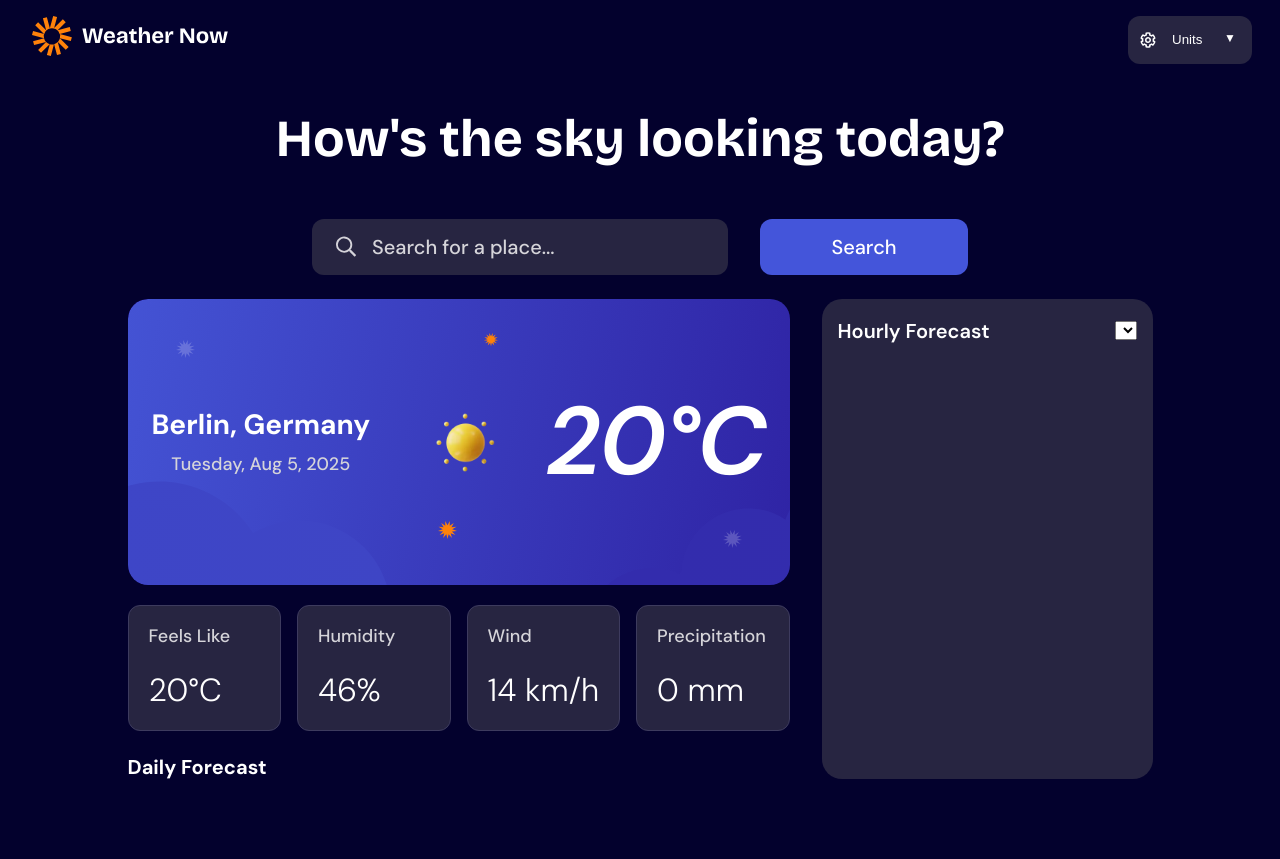
Repository: MKwaak/weather-app-main
Page: index.html
These files come from the project's save history. The page is drawn as it stood at one moment and after the next save; the edit follows.
The browser window is 1280 px wide. The pictures show the whole page.
The page's requests for data from a server got no answer.

Above is the page before, as saved 2026-01-26 23:26:23.

### index.html
<!doctype html>
<html lang="en">
  <head>
    <meta charset="UTF-8" />
    <meta name="viewport" content="width=device-width, initial-scale=1.0" />
    <!-- displays site properly based on user's device -->

    <link
      rel="icon"
      type="image/png"
      sizes="32x32"
      href="/assets/images/favicon-32x32.png"
    />

    <title>Frontend Mentor | Weather app</title>
    <link rel="stylesheet" href="/style.css" />
    <script src="/script.js" defer></script>

    <!-- Feel free to remove these styles or customise in your own stylesheet 👍 -->
    <style>
      .attribution {
        font-size: 11px;
        text-align: center;
      }
      .attribution a {
        color: hsl(228, 45%, 44%);
      }
    </style>
  </head>
  <body>
    <a href="#main" class="skip-link visually-hidden">skip to main content</a>

    <header class="header wrapper">
      <div class="header__content">
        <a class="header__homelink" href="/">
          <img
            class="header__logo"
            src="/assets/images/logo.svg"
            alt="Weather Now Home"
            width="197"
            height="40"
          />
        </a>

        <div class="header__units">
          <label for="ddlUnits" class="visually-hidden"
            >Temperature units</label
          >

          <div class="header__select">
            <select class="header__dropdown" name="units" id="ddlUnits">
              <option value="">Units</option>
              <option value="C">Celsius</option>
              <option value="F">Fahrenheit</option>
            </select>
          </div>
        </div>
      </div>
    </header>

    <main id="main" class="main wrapper">
      <section class="hero">
        <div class="hero__content">
          <h1 class="hero__title">How's the sky looking today?</h1>

          <form class="hero__search">
            <label for="search" class="visually-hidden">Search Location</label>
            <input
              type="text"
              id="search"
              class="hero__textbox"
              placeholder="Search for a place..."
            />
            <button class="hero__button" type="submit">Search</button>
          </form>
        </div>
      </section>

      <div class="dashboard">
        <section class="current">
          <h2 class="visually-hidden">Current Location Temperature</h2>

          <div class="current__content">
            <div class="current__weather">
              <div class="current__location">
                <div id="divCityCountry" class="current__city">
                  Berlin, Germany
                </div>
                <div id="divCurrentDate" class="current__date">
                  Tuesday, Aug 5, 2025
                </div>
              </div>

              <div class="current__info">
                <img
                  class="current__icon"
                  src="/assets/images/icon-sunny.webp"
                  alt=""
                  width="320"
                  height="320"
                />
                <div id="divCurrentTemp" class="current__temp">
                  <span>20</span>°C
                </div>
              </div>
            </div>

            <div class="current__conditions">
              <div class="block current__condition">
                <p class="current__condition-title">Feels Like</p>
                <p id="feels-like" class="current__condition-value">20°C</p>
              </div>

              <div class="block current__condition">
                <p class="current__condition-title">Humidity</p>
                <p id="humidity" class="current__condition-value">46%</p>
              </div>

              <div class="block current__condition">
                <p class="current__condition-title">Wind</p>
                <p id="wind" class="current__condition-value">14 km/h</p>
              </div>

              <div class="block current__condition">
                <p class="current__condition-title">Precipitation</p>
                <p id="precipitation" class="current__condition-value">0 mm</p>
              </div>
            </div>
          </div>
        </section>

        <section class="daily">
          <h2 class="section__title daily__title">Daily Forecast</h2>
          <div class="daily__forecast" id="dailyForecast"></div>
        </section>

        <section class="hourly">
          <div class="hourly__content">
            <div class="hourly__header">
              <h2 class="section__title hourly__title">Hourly Forecast</h2>
              <label for="hourlyDay" class="visually-hidden">Select day</label>
              <select
                name="hourly-day"
                id="hourlyDay"
                class="hourly__timeframe-select"
              >
                <!-- JS will inject current day -->
              </select>
            </div>

            <div class="hourly__hours" id="hourlyForecast">
              <!-- JS will inject hourly blocks here -->
            </div>
          </div>
        </section>
      </div>
    </main>
  </body>
</html>

### style.css
@layer global {
  /* dm-sans-300 - latin */
  @font-face {
    font-display: swap; /* Check https://developer.mozilla.org/en-US/docs/Web/CSS/@font-face/font-display for other options. */
    font-family: "DM Sans";
    font-style: normal;
    font-weight: 300;
    src: url("/assets/fonts/dm-sans-v17-latin-300.woff2") format("woff2"); /* Fixed path */
  }
  /* dm-sans-500 - latin */
  @font-face {
    font-display: swap; /* Check https://developer.mozilla.org/en-US/docs/Web/CSS/@font-face/font-display for other options. */
    font-family: "DM Sans";
    font-style: normal;
    font-weight: 500;
    src: url("/assets/fonts/dm-sans-v17-latin-500.woff2") format("woff2"); /* Fixed path */
  }
  /* dm-sans-600 - latin */
  @font-face {
    font-display: swap; /* Check https://developer.mozilla.org/en-US/docs/Web/CSS/@font-face/font-display for other options. */
    font-family: "DM Sans";
    font-style: normal;
    font-weight: 600;
    src: url("/assets/fonts/dm-sans-v17-latin-600.woff2") format("woff2"); /* Fixed path */
  }
  /* dm-sans-600italic - latin */
  @font-face {
    font-display: swap; /* Check https://developer.mozilla.org/en-US/docs/Web/CSS/@font-face/font-display for other options. */
    font-family: "DM Sans";
    font-style: italic;
    font-weight: 600;
    src: url("/assets/fonts/dm-sans-v17-latin-600italic.woff2") format("woff2"); /* Fixed path */
  }
  /* dm-sans-700 - latin */
  @font-face {
    font-display: swap; /* Check https://developer.mozilla.org/en-US/docs/Web/CSS/@font-face/font-display for other options. */
    font-family: "DM Sans";
    font-style: normal;
    font-weight: 700;
    src: url("/assets/fonts/dm-sans-v17-latin-700.woff2") format("woff2"); /* Fixed path */
  }

  /* bricolage-grotesque-regular - latin */
  @font-face {
    font-display: swap; /* Check https://developer.mozilla.org/en-US/docs/Web/CSS/@font-face/font-display for other options. */
    font-family: "Bricolage Grotesque";
    font-style: normal;
    font-weight: 400;
    src: url("/assets/fonts/bricolage-grotesque-v9-latin-regular.woff2")
      format("woff2"); /* Fixed path */
  }
  /* bricolage-grotesque-700 - latin */
  @font-face {
    font-display: swap; /* Check https://developer.mozilla.org/en-US/docs/Web/CSS/@font-face/font-display for other options. */
    font-family: "Bricolage Grotesque";
    font-style: normal;
    font-weight: 700;
    src: url("/assets/fonts/bricolage-grotesque-v9-latin-700.woff2")
      format("woff2"); /* Fixed path */
  }

  :root {
    --c-neutral-900: hsl(243, 96%, 9%);
    --c-neutral-800: hsl(243, 27%, 20%);
    --c-neutral-700: hsl(243, 23%, 24%);
    --c-neutral-600: hsl(243, 23%, 30%);
    --c-neutral-300: hsl(240, 6%, 70%);
    --c-neutral-200: hsl(250, 6%, 84%);
    --c-neutral-0: hsl(0, 0%, 100%);
    --c-orange-500: hsl(28, 100%, 52%);
    --c-blue-500: hsl(233, 67%, 56%);
    --c-blue-700: hsl(248, 70%, 36%);

    --color-main-bg: var(--c-neutral-900);
    --color-panel-bg-dark: var(--c-neutral-800);
    --color-panel-bg-dark-hover: var(--c-neutral-700);
    --color-panel-bg-medium: var(--c-neutral-700);
    --color-panel-bg-light: var(--c-neutral-600);
    --color-panel-border: var(--c-neutral-600);
    --color-text-light: var(--c-neutral-0);
    --color-text-med-light: var(--c-neutral-200);
    --color-button-bg: var(--c-blue-500);
    --color-button-bg-hover: var(--c-blue-700);

    --fs-96: calc(96 / 16 * 1rem);
    --fs-52: calc(52 / 16 * 1rem);
    --fs-32: calc(32 / 16 * 1rem);
    --fs-28: calc(28 / 16 * 1rem);
    --fs-20: calc(20 / 16 * 1rem);
    --fs-18: calc(18 / 16 * 1rem);
    --fs-16: calc(16 / 16 * 1rem);
    --fs-14: calc(14 / 16 * 1rem);

    --font-size-h1: var(--fs-52);
    --font-size-dropdown: var(--fs-14);
    --font-size-search: var(--fs-20);
    --font-size-city: var(--fs-28);
    --font-size-date: var(--fs-18);
    --font-size-temp: var(--fs-96);
    --font-size-panel-title: var(--fs-18);
    --font-size-panel-value: var(--fs-32);
    --font-size-forecast-title: var(--fs-20);
    --font-size-forecast-day: var(--fs-18);
    --font-size-forecast-temp: var(--fs-16);
    --font-size-forecast-dropdown: var(--fs-16);
    --font-size-forecast-hour: var(--fs-20);

    @media (width >= calc(700 / 16 * 1rem)) {
      --font-size-dropdown: var(--fs-16);
    }

    --color-white: hsl(0, 0%, 100%);
    --color-light-blue: hsl(223, 64%, 98%);
    --color-light-grayish-blue: hsl(223, 23%, 93%);
    --color-dark-grayish-blue: hsl(219, 14%, 63%);
    --color-very-dark-blue: hsl(218, 23%, 16%);
    --font-family-primary: "DM Sans", sans-serif; /* Removed duplicate */
    --font-family-secondary:
      "Bricolage Grotesque", sans-serif; /* Removed duplicate */
  }

  *,
  *::before,
  *::after {
    box-sizing: border-box;
  }
  * {
    margin: 0;
  }

  img {
    max-width: 100%;
  }

  body {
    font-family: "DM Sans", Arial, Helvetica, sans-serif;
    font-weight: 500;
    background-color: var(--color-main-bg);
    color: var(--color-text-light);
    line-height: 1.2;
    padding-block-end: 80px;
  }

  h1 {
    font-family: "Bricolage Grotesque", Arial, Helvetica, sans-serif;
  }

  input,
  button,
  textarea {
    font: inherit;
    width: 100%;
    border: none;
  }

  .wrapper {
    display: grid;
    grid-template-columns: 1fr calc(100% - 32px) 1fr;

    @media (width >= calc(700 / 16 * 1rem)) {
      grid-template-columns:
        1fr min(calc(100% - 48px), calc(1216 / 16 * 1rem))
        1fr; /* Fixed placeholder */
    }

    > * {
      grid-column: 2;
    }
  } /* Added missing closing brace for @layer global */

  .visually-hidden {
    position: absolute;
    left: -10000px;
    top: auto;
    width: 1px;
    height: 1px;
    overflow: hidden;
  }

  .main {
    width: 100%;
    max-width: 1280px; /* pick a number and stick to it */
    margin-inline: auto;
    padding-inline: 24px;
  }

  .dashboard {
    display: grid;
    gap: 32px;
    grid-template-areas:
      "current"
      "daily"
      "hourly";
    @media (width >= calc(1000 / 16 * 1rem )) {
      gap: 48px 32px;
      grid-template-columns: 2fr 1fr;
      grid-template-areas:
        "current current hourly"
        "daily daily hourly";
    }
  }

  .block {
    background-color: var(--color-panel-bg-dark);
    border: 1px solid var(--color-panel-border);
    border-radius: 12px;
  }

  .visually-hidden {
    position: absolute !important;
    width: 1px;
    height: 1px;
    padding: 0;
    margin: -1px;
    overflow: hidden;
    clip: rect(0, 0, 0, 0);
    clip-path: inset(50%);
    white-space: nowrap;
    border: 0;
  }

  .skip-link:focus {
    position: absolute;
    left: 16px;
    right: 16px;
    width: auto;
    height: auto;
    margin: 0;
    clip-path: none;
    white-space: normal;
    background-color: var(--color-main-bg);
    color: var(--color-text-light);
    padding: 10px 14px;
    z-index: 1000;
  }
}

@layer component {
  .header {
    .header__content {
      display: flex;
      align-items: center;
      justify-content: space-between;
      padding-block-start: 16px;
    }

    .header__homelink {
    }
    .header__logo {
      width: calc(137 / 16 * 1rem);

      @media screen and (width >= calc(700 / 16 * 1rem)) {
        width: calc(197 / 16 * 1rem);
      }
    }

    .header__select {
      position: relative;
      width: 120px;
      height: 44px;
      overflow: visible; /* important for debugging */
    }

    .header__select::after {
      content: "▼";
      position: absolute;
      right: 12px;
      top: 50%;
      transform: translateY(-50%);
      font-size: 12px;
      color: white;
      pointer-events: none;
    }

    .header__dropdown {
      /*background-image: url("/assets/images/icon-units.svg"); This line is in HTML */
      appearance: none;
      -webkit-appearance: none;
      -moz-appearance: none;

      height: 48px;
      padding: 0 1rem 0 2.75rem;
      line-height: 48px;

      background-color: var(--color-panel-bg-dark);
      background-image: url("/assets/images/icon-units.svg");
      background-repeat: no-repeat;
      background-position: 0.75rem center;
      background-size: 16px;

      color: var(--color-text-light);
      border: none;
      border-radius: 12px;
      cursor: pointer;
    }
  }

  .hero {
    .hero__content {
      display: grid;
      justify-items: stretch; /* Verander center naar stretch zodat we de volle breedte kunnen gebruiken */
      padding-block-start: 48px;
    }
    .hero__title {
      font-size: var(--font-size-h1);
      margin-block-end: 48px;
      text-align: center;
      line-height: 1.2;

      @media (width < calc(1000 / 16 * 1rem)) {
        max-width: 15ch;
      }
    }

    /* Hero search container */
    .hero__search {
      /* 1. Zorg dat de container zelf uitlijnt met het dashboard */
      width: 100%;
      max-width: 1200px; /* Zelfde max-width als je dashboard */
      margin: 0 auto 24px auto;

      /* 2. Maak er een Grid van */
      display: grid;
      gap: 16px; /* Ruimte tussen veld en knop op mobiel */

      /* Mobiel: 1 kolom (stabelen) */
      grid-template-columns: 1fr;

      /* Desktop: match het dashboard grid */
      @media (min-width: calc(1000 / 16 * 1rem)) {
        grid-template-columns: 2fr 1fr; /* 2 delen voor input, 1 deel voor button */
        gap: 32px; /* Zelfde gap als je dashboard-grid-gap */
      }
    }

    /* Input box */
    .hero__textbox {
      appearance: none;
      -webkit-appearance: none;

      background-color: var(--color-panel-bg-dark);
      background-image: url("/assets/images/icon-search.svg");
      background-repeat: no-repeat;
      background-position: 24px center;
      color: var(--color-text-light);
      font-size: var(--font-size-search);
      padding: 16px 20px 16px 60px;
      border: none;
      border-radius: 12px;
      width: 100%; /* fill available space in grid */
      box-sizing: border-box; /* include padding in width */
    }

    /* remove default focus outline */
    .hero__textbox:focus {
      outline: none;
    }

    /* accessible keyboard focus */
    .hero__textbox:focus-visible {
      box-shadow: 0 0 0 2px var(--color-panel-border);
    }

    /* placeholder text */
    .hero__textbox::placeholder {
      color: var(--color-text-med-light);
    }

    /* hover */
    .hero__textbox:hover {
      background-color: var(--color-panel-bg-dark-hover);
    }

    .hero__textbox:-webkit-autofill {
      -webkit-box-shadow: 0 0 0 1000px var(--color-panel-bg-dark) inset;
      -webkit-text-fill-color: var(--color-text-light);
    }

    /* Search button */
    .hero__button {
      background-color: var(--c-blue-500);
      border-radius: 12px;
      font-size: var(--font-size-search);
      color: var(--color-text-light);
      padding: 16px 24px; /* keep top/bottom padding */
      transition: background-color 120ms ease-in-out;
      height: 100%; /* match input height when side-by-side */
    }

    .hero__button:hover {
      /* Fixed nested selector */
      background-color: var(--color-button-bg-hover);
      cursor: pointer;
    }
  }

  .current {
    grid-area: current;

    .current__weather {
      display: flex;
      flex-direction: column;
      gap: 16px;
      margin-block-end: 20px;
      padding: 40px 24px;
      background-image: url(/assets/images/bg-today-small.svg);
      background-repeat: no-repeat;
      background-color: var(--c-blue-700);
      background-size: cover;
      background-position: center-bottom;
      border-radius: 20px;
      overflow: hidden;

      @media (width >= calc(700 / 16 * 1rem)) {
        flex-direction: row;
        justify-content: space-between;
        align-items: center;
        background-image: url(/assets/images/bg-today-large.svg);
        padding-block: 83px;
      }
    }

    .current__location {
      text-align: center;
    }

    .current__city {
      font-size: var(--font-size-city);
      font-weight: 700;
      margin-block-end: 12px;
    }

    .current__date {
      font-size: var(--font-size-date);
      color: var(--color-text-med-light);
    }

    .current__info {
      display: flex;
      align-items: center;
      gap: 20px;
    }

    .current__icon {
      width: 120px;
      height: auto;
    }

    .current__temp {
      font-size: var(--font-size-temp);
      line-height: 1;
      letter-spacing: -0.02em;
      font-weight: 600;
      font-style: italic;
    }

    .current__conditions {
      display: grid;
      grid-template-columns: repeat(2, 1fr);
      gap: 16px;

      @media (width >= calc(700 / 16 * 1rem)) {
        grid-template-columns: repeat(4, 1fr);
      }

      .current__condition {
        padding: 20px;
      }

      .current__condition-title {
        font-size: var(--font-size-panel-title);
        color: var(--color-text-med-light);
        margin-block-end: 24px;
      }

      .current__condition-value {
        font-size: var(--font-size-panel-value);
        font-weight: 300;
      }
    }
  }

  .daily {
    grid-area: daily;
  }

  .daily__title {
    font-size: var(--font-size-forecast-title);
  }

  .daily__forecast {
    display: grid;
    grid-template-columns: repeat(3, 1fr);
    gap: 16px;

    @media (width >= calc(700 / 16 * 1rem)) {
      grid-template-columns: repeat(7, 1fr);
    }
  }

  .daily__day {
    display: grid;
    justify-items: center;
    gap: 16px;
    padding: 16px 10px;
    text-align: center;
  }

  .daily__day-title {
    font-size: var(--font-size-forecast-day);
  }

  .daily__day-icon {
    width: 60px;
    height: auto;
  }

  .daily__day-temps {
    display: flex;
    justify-content: space-between;
    font-size: var(--font-size-forecast-temp);
    justify-self: stretch;
    /*width: 100%;*/
  }

  .daily__day-high {
  }

  .daily__day-low {
    color: var(--color-text-med-light);
  }
}

.hourly {
  grid-area: hourly;
  display: flex;
  flex-direction: column;
  height: 100%; /* 👈 allow full grid height */
  background-color: var(--color-panel-bg-dark);
  border-radius: 20px;
  padding: 20px 16px;
}

.hourly__header {
  display: flex;
  justify-content: space-between;
  align-items: center;
  margin-block-end: 16px;
}

.hourly__title {
  font-size: var(--font-size-forecast-title);
  font-weight: 600;
}

.hourly__select {
}

.hourly__select-day {
}

/* Hourly container */
.hourly__hours {
  flex: 1; /* fill remaining height of .hourly */
  display: flex;
  flex-direction: column; /* stack vertically */
  gap: 12px; /* spacing between hour blocks */
  overflow-y: auto; /* scroll if too many hours */
  padding-right: 4px; /* optional for scrollbar spacing */
}

/* Hourly blocks */
.hourly__hour {
  display: grid;
  grid-template-columns: auto 1fr auto; /* icon | time | temp */
  align-items: center;
  padding: 12px 16px; /* slightly bigger padding for height */
  background-color: var(--color-panel-bg-medium);
  border: 1px solid var(--color-panel-border);
  border-radius: 8px;

  flex: 1 1 0; /* 👈 make each hour block grow equally */
  min-height: 60px; /* optional, keeps them readable */
}

.hourly__hour-icon {
  width: 32px;
  height: 32px;
}

.hourly__hour-time {
  text-align: left;
}

.hourly__hour-temp {
  text-align: right;
}

/* Highlight current hour */
.hourly__hour.current {
  border: 2px solid var(--color-accent);
  background-color: var(--color-panel-bg-light);
}

/* Dashboard wrapper */
.dashboard {
  display: grid;
  row-gap: 24px; /* vertical spacing between panels */
  column-gap: 32px; /* horizontal spacing between columns */
  max-width: 1200px; /* ✅ keeps dashboard centered and not full-width */
  margin: 0 auto; /* center horizontally */
  grid-template-areas:
    "current"
    "daily"
    "hourly";
}

@media (width >= calc(1000 / 16 * 1rem)) {
  .dashboard {
    grid-template-columns: 2fr 1fr; /* left = daily/current, right = hourly */
    grid-template-areas:
      "current hourly"
      "daily   hourly";
  }
}

/* Hero search tweaks */
.hero__search {
  max-width: calc(656 / 16 * 1rem);
  margin: 0 auto 24px auto; /* center horizontally + gap below */
}

Loaded but not shown: script.js (391 lines, source omitted)

After the next save:
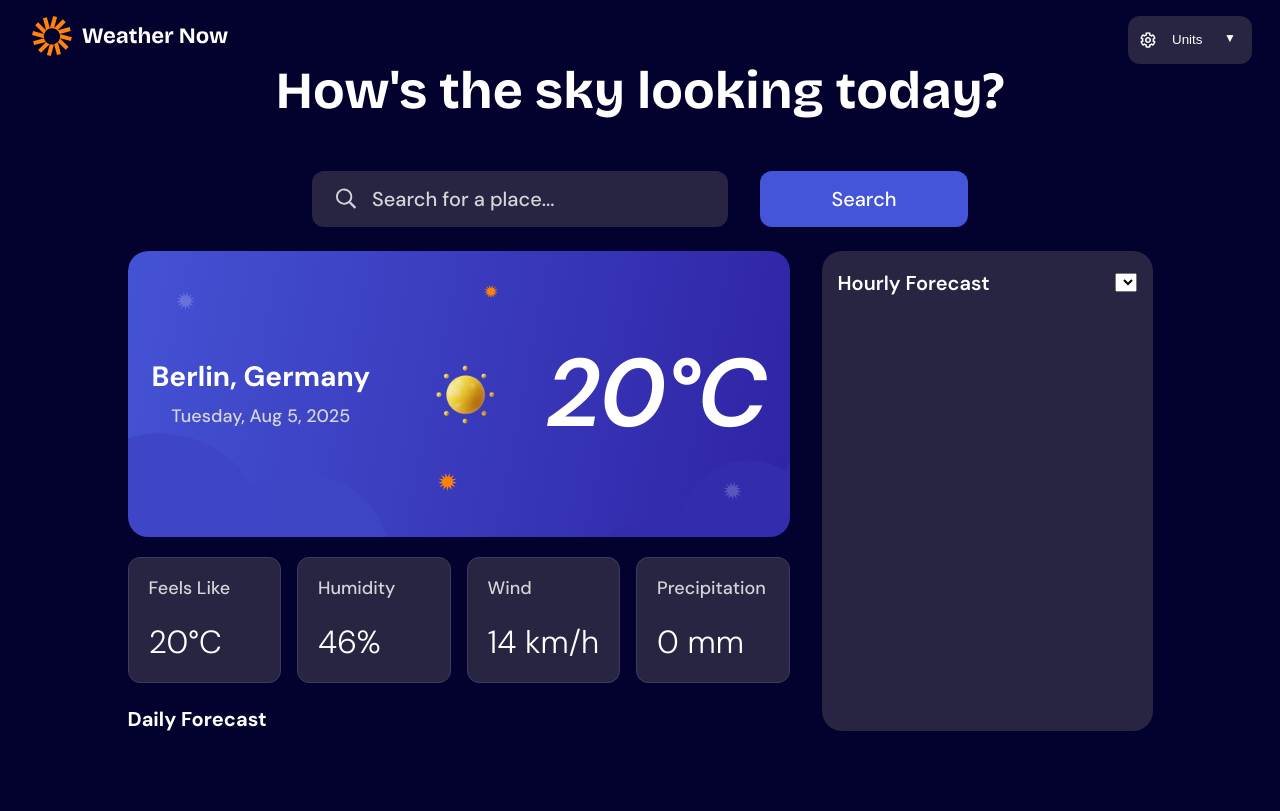
Saved 17 min 15 s later.
--- a/style.css
+++ b/style.css
@@ -298,8 +298,10 @@
   .hero {
     .hero__content {
       display: grid;
-      justify-items: stretch; /* Verander center naar stretch zodat we de volle breedte kunnen gebruiken */
-      padding-block-start: 48px;
+      width: 100%;
+      max-width: 1200px; /* Match dit met de max-width van je dashboard */
+      margin: 0 auto;
+      padding-inline: 0; /* Verwijder padding die de search-bar kan inklemmen */
     }
     .hero__title {
       font-size: var(--font-size-h1);
@@ -315,21 +317,20 @@
     /* Hero search container */
     .hero__search {
       /* 1. Zorg dat de container zelf uitlijnt met het dashboard */
-      width: 100%;
       max-width: 1200px; /* Zelfde max-width als je dashboard */
       margin: 0 auto 24px auto;
 
       /* 2. Maak er een Grid van */
       display: grid;
+      grid-template-columns: 1fr; /* Mobiel: 1 kolom */
       gap: 16px; /* Ruimte tussen veld en knop op mobiel */
-
-      /* Mobiel: 1 kolom (stabelen) */
-      grid-template-columns: 1fr;
+      width: 100%;
 
       /* Desktop: match het dashboard grid */
       @media (min-width: calc(1000 / 16 * 1rem)) {
-        grid-template-columns: 2fr 1fr; /* 2 delen voor input, 1 deel voor button */
-        gap: 32px; /* Zelfde gap als je dashboard-grid-gap */
+        grid-template-columns: 2fr 1fr; /* DE CRUCIALE STAP: match dashboard */
+        gap: 32px; /* Match de column-gap van je dashboard */
+        align-items: center;
       }
     }
 
